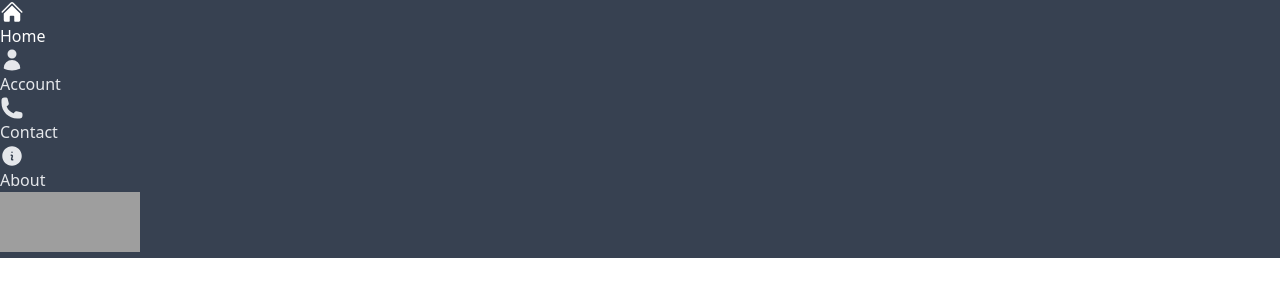
Repository: lyvandat/imdb-movie
Page: /
The author's editor kept a copy of each file at every save. The page is drawn from the files as they stood at one save, then again after the next save.
The browser window is 1280 px wide. The pictures show the whole page.
Pictures or frames that could not be fetched are drawn as grey boxes. The project was rebuilt for these pictures with package versions that can differ from the ones it lists, and the page was loaded fresh each time. The framework's server and built-in components were replaced by stand-ins that run in the browser. Also part of the build but not shown: next.config.js.

Above is the page before, as saved 2022-10-04 10:28:45.

### pages/index.js
import Head from "next/head";
import Header from "../components/Header";

export default function Home() {
  return (
    <div>
      <Head>
        <title>Create Next App</title>
        <meta name="description" content="Generated by create next app" />
        <link rel="icon" href="/favicon.ico" />
      </Head>

      <Header />
    </div>
  );
}

### components/Header.js
import React from "react";
import Image from "next/image";
import {
  HomeIcon,
  UserIcon,
  PhoneIcon,
  InformationCircleIcon,
} from "@heroicons/react/24/solid";
import Link from "next/link";

// import { Container } from './styles';

function Header() {
  return (
    <section className="bg-gray-700 select-none text-gray-200 ">
      <ul>
        <li className="hover:text-white active:text-red-500">
          <HomeIcon className="h-6" />
          <p>Home</p>
        </li>

        <li className="hover:text-white active:text-red-500">
          <UserIcon className="h-6" />
          <p>Account</p>
        </li>
        <li className="hover:text-white active:text-red-500">
          <PhoneIcon className="h-6" />
          <p>Contact</p>
        </li>
        <li className="hover:text-white active:text-red-500">
          <InformationCircleIcon className="h-6" />
          <p>About</p>
        </li>
      </ul>
      <Image
        src="https://th.bing.com/th/id/R.96d6a3163510b47bda4d016b465fb380?rik=RdmM%2faKqGkQOUw&riu=http%3a%2f%2fimg4.wikia.nocookie.net%2f__cb20130124112826%2flogopedia%2fimages%2f8%2f8e%2fIMDB.png&ehk=Svd7%2fn42Zig1owSS1hb%2b2k8bFFdbEKW6iFyTQu2u5yw%3d&risl=&pid=ImgRaw&r=0"
        width={140}
        height={60}
      />
    </section>
  );
}

export default Header;

Loaded but not shown: pages/_app.js (common file); styles/globals.css (common file); tailwind.config.js (common file)

After the next save:
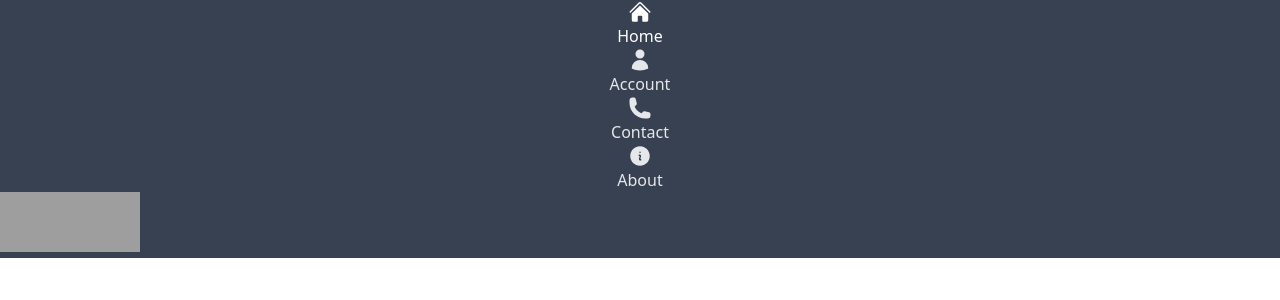
Saved 28 s later.
--- a/components/Header.js
+++ b/components/Header.js
@@ -14,20 +14,20 @@ function Header() {
   return (
     <section className="bg-gray-700 select-none text-gray-200 ">
       <ul>
-        <li className="hover:text-white active:text-red-500">
+        <li className="flex flex-col items-center hover:text-white active:text-red-500">
           <HomeIcon className="h-6" />
           <p>Home</p>
         </li>
 
-        <li className="hover:text-white active:text-red-500">
+        <li className="flex flex-col items-center hover:text-white active:text-red-500">
           <UserIcon className="h-6" />
           <p>Account</p>
         </li>
-        <li className="hover:text-white active:text-red-500">
+        <li className="flex flex-col items-center hover:text-white active:text-red-500">
           <PhoneIcon className="h-6" />
           <p>Contact</p>
         </li>
-        <li className="hover:text-white active:text-red-500">
+        <li className="flex flex-col items-center hover:text-white active:text-red-500">
           <InformationCircleIcon className="h-6" />
           <p>About</p>
         </li>
